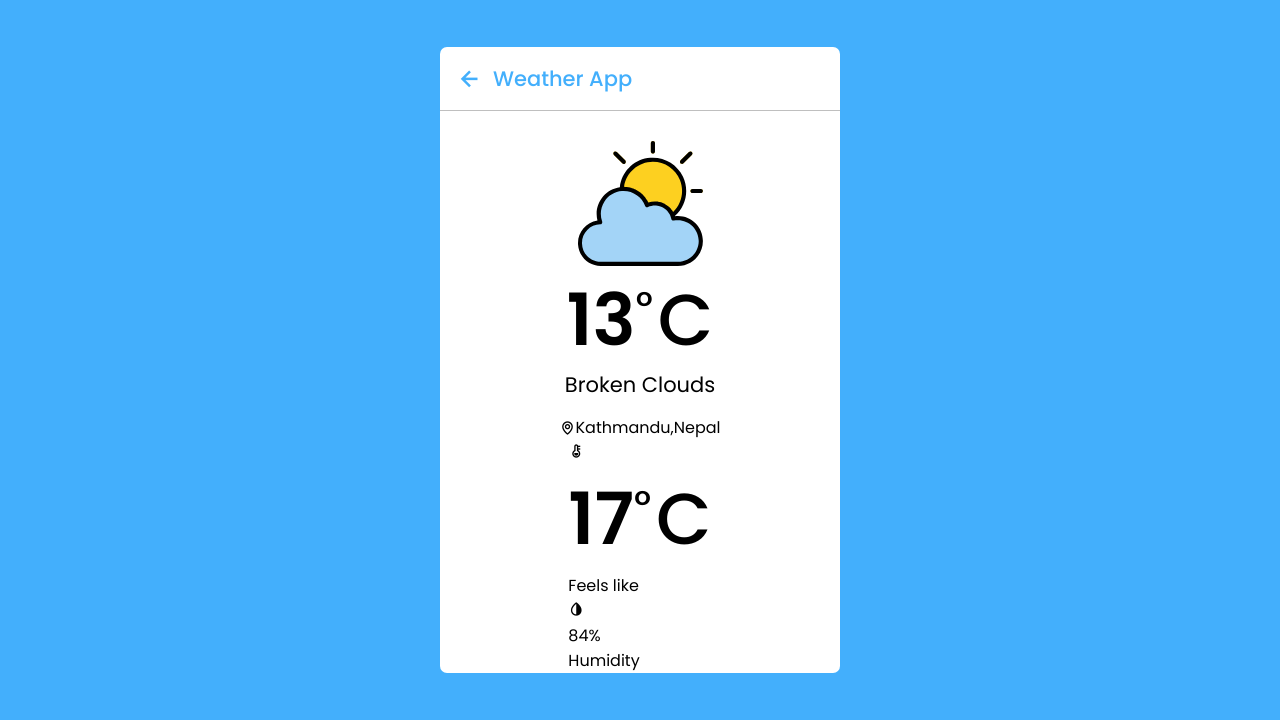
Repository: long13820/Weather-App-HTML-CSS-Javascript
Page: index.html
These files come from the project's save history. The page is drawn as it stood at one moment and after a run of saves; the edit follows.
The browser window is 1280 px wide. The pictures show the whole page.

Above is the page before, as saved 2021-09-02 11:29:14.

After the next 4 saves:
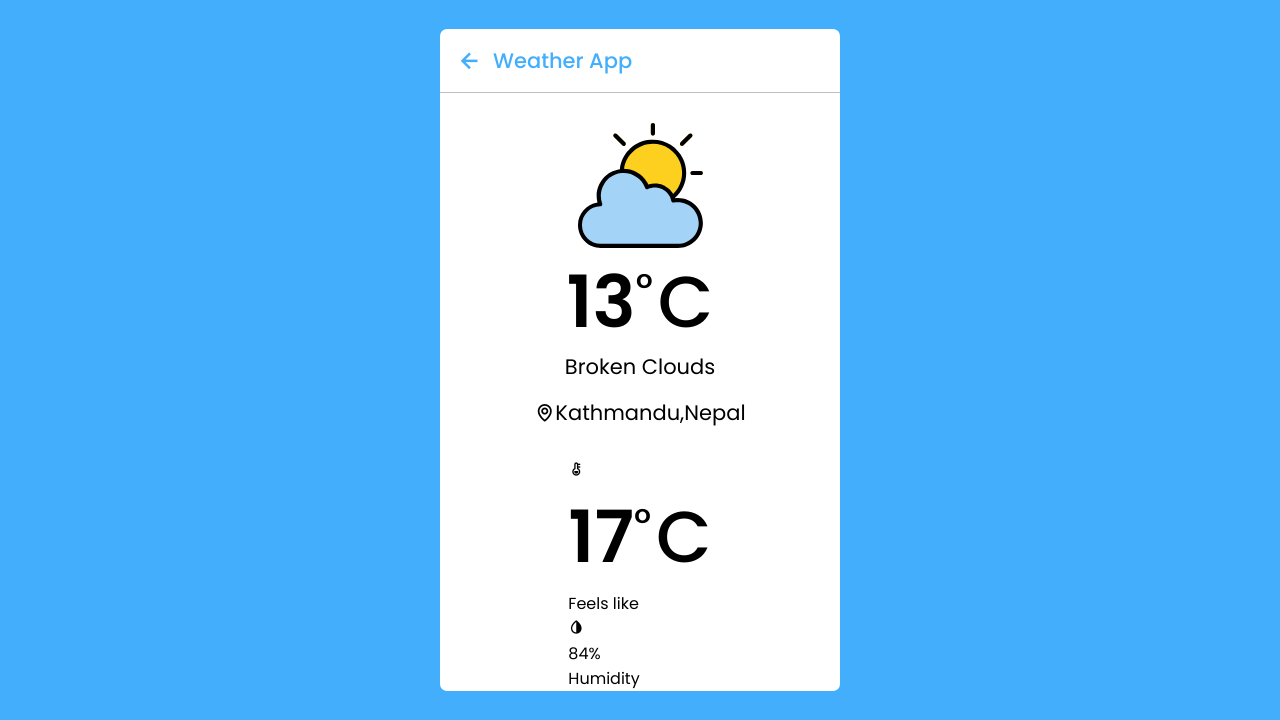
The 4 saves are shown as one change because they came seconds apart.
The last was saved 13 s later.
--- a/style.css
+++ b/style.css
@@ -125,5 +125,6 @@ header i{
 .weather-part .location{
     display: flex;
     align-items: center;
-
+    font-size: 21px;
+    margin-bottom: 30px;
 }
